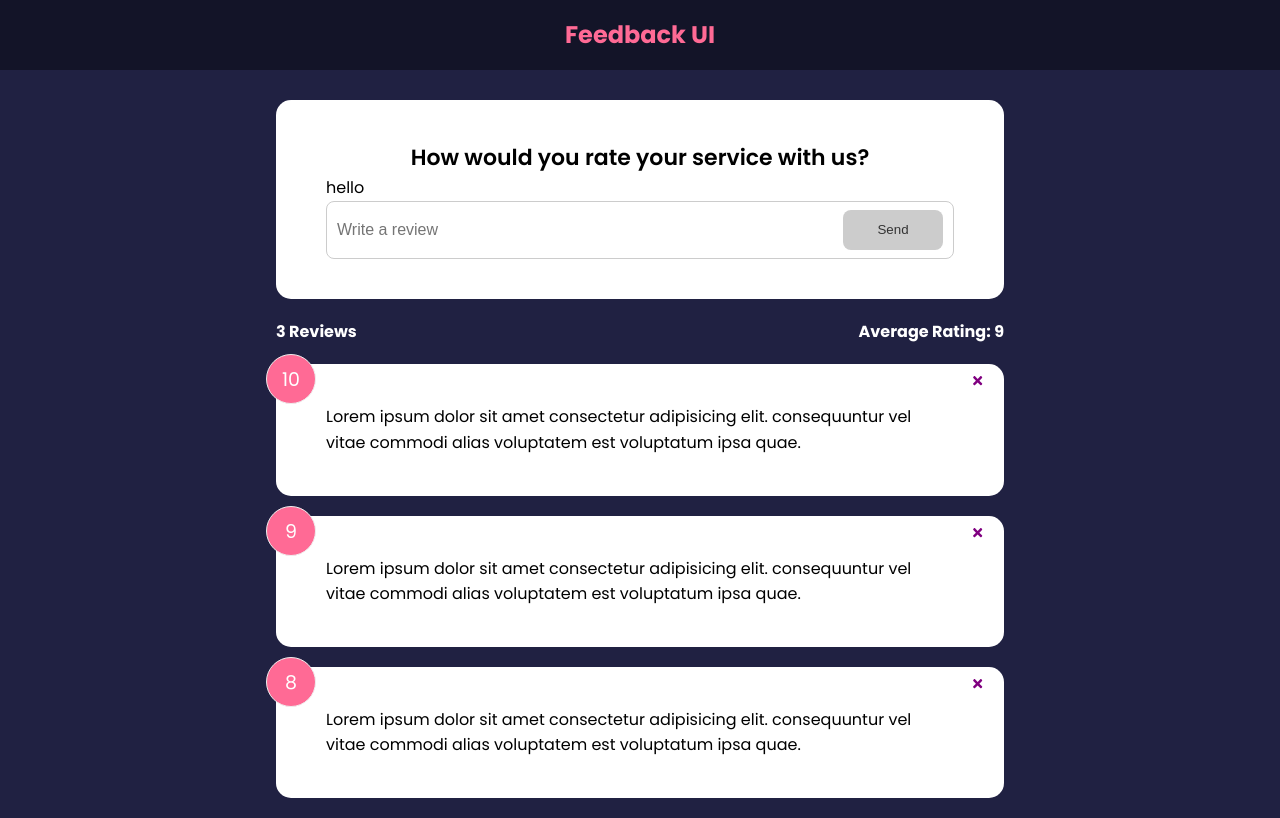
Repository: minhtien9/Feedback_App
Page: /
The author's editor kept a copy of each file at every save. The page is drawn from the files as they stood at one save, then again after the next save.
The browser window is 1280 px wide. The pictures show the whole page.
The project was rebuilt for these pictures with package versions that can differ from the ones it lists, and the page was loaded fresh each time.

Above is the page before, as saved 2022-02-18 15:13:09.

After the next save:
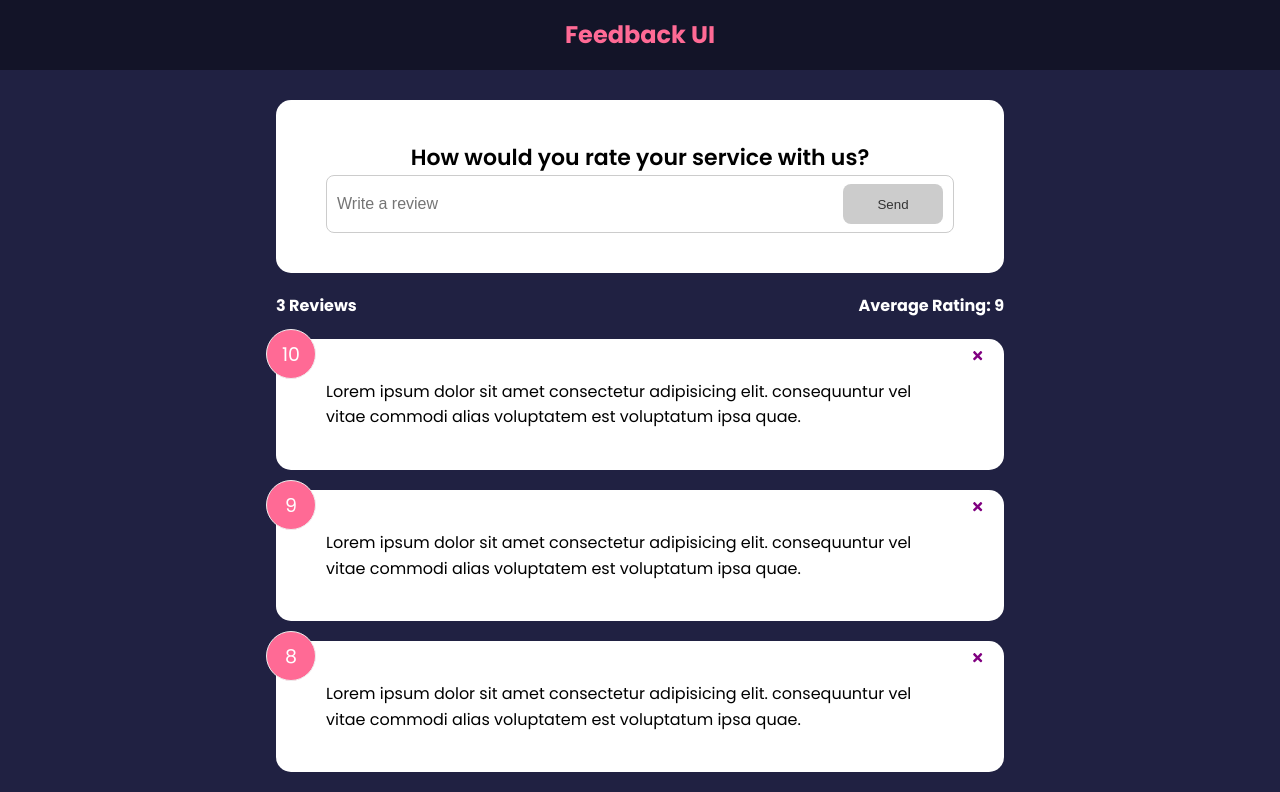
Saved 42 s later.
--- a/src/components/RatingSelect.jsx
+++ b/src/components/RatingSelect.jsx
@@ -1,5 +1,8 @@
+import { useState } from 'react'
+
 function RatingSelect({ select }) {
-    return <div>hello</div>
+    const [selected, setSelected] = useState(10)
+    return <div></div>
 }
 
 export default RatingSelect
